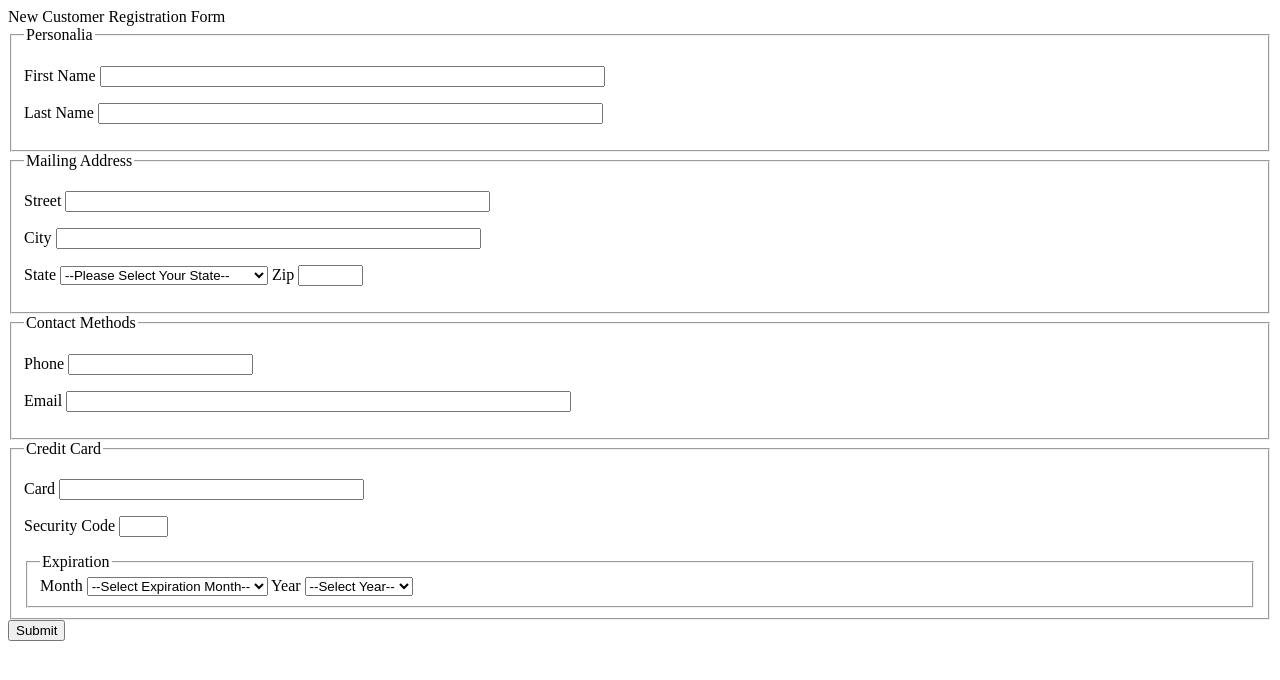
Repository: banjilawal/htdocs
Page: http://localhost/controls/new_customer-form.php
These files come from the project's save history. The page is drawn as it stood at one moment and after the next save; the edit follows.
The browser window is 1280 px wide. The pictures show the whole page.
The page is run by PHP 8.4 with error messages shown; the project is at /var/www/html/.

Above is the page before, as saved 2022-03-26 23:57:13.

After the next save:
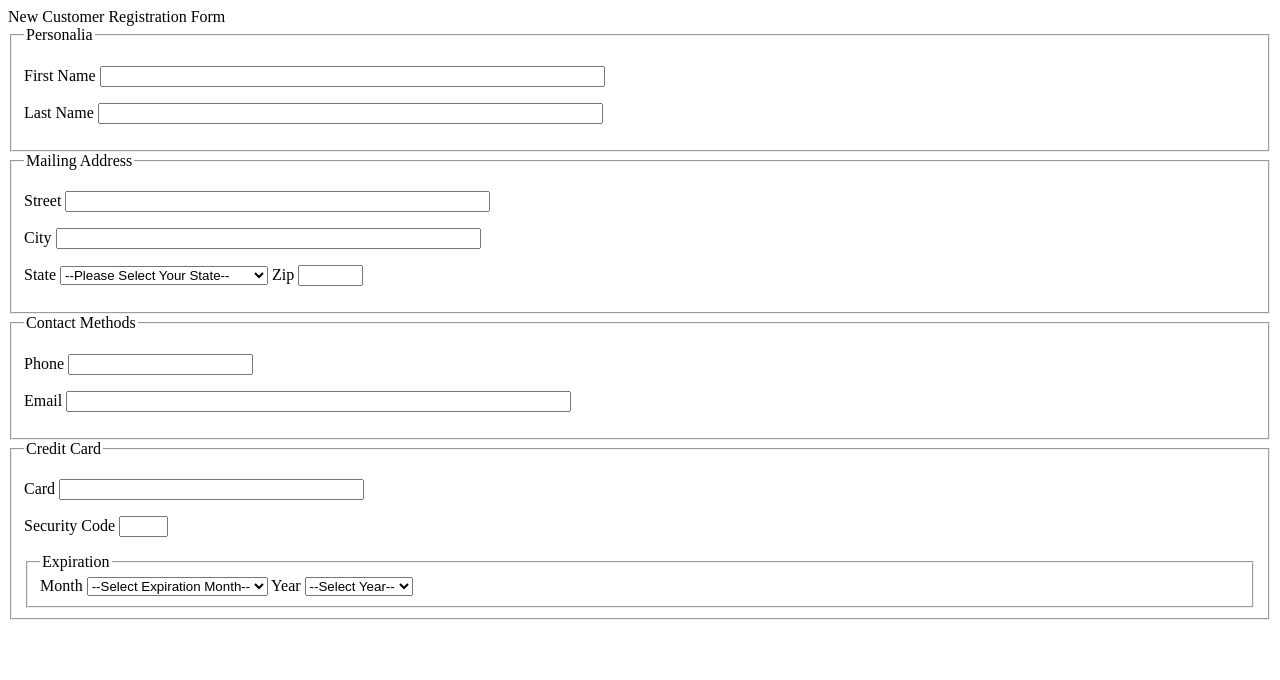
Saved 3 s later.
--- a/shop-0.01/controls/new_customer-form.php
+++ b/shop-0.01/controls/new_customer-form.php
@@ -177,7 +177,7 @@
             </fieldset>
         </fieldset>
 
-
+        <fi
 
         <input type="submit" value="Submit">
     </form>
